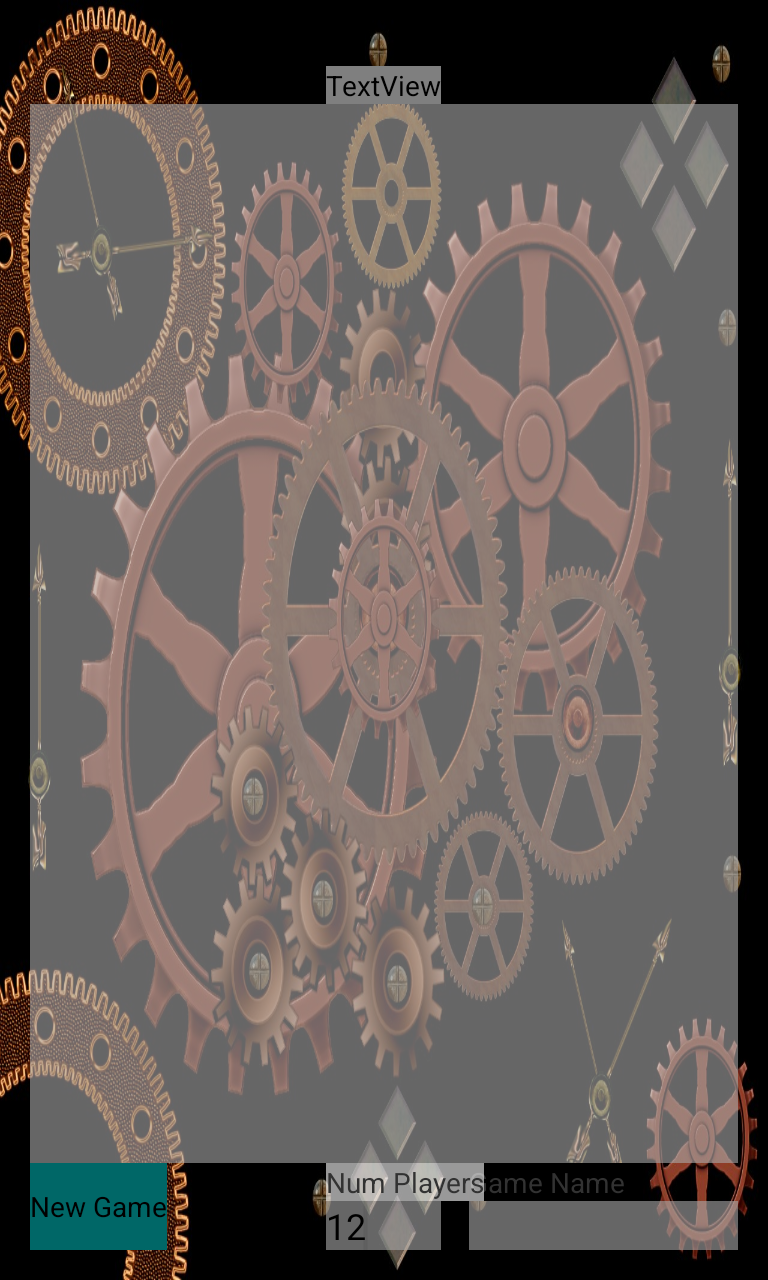
Repository: jkrepps/CSCE-482
Layout: Mobile Client (eclipse)/Industry of Deciet/res/layout/activity_game_selection.xml
An editor plug-in stored every save of this project. The layout is shown before and after the next save, followed by the edit.
Pictures or frames that could not be fetched are drawn as grey boxes. It is drawn on a 768 x 1280 px phone screen (xhdpi) without system bars, with theme AppTheme; the app's code is not run.

Above is the layout before, as saved 2014-12-04 07:13:49.

After the next save:
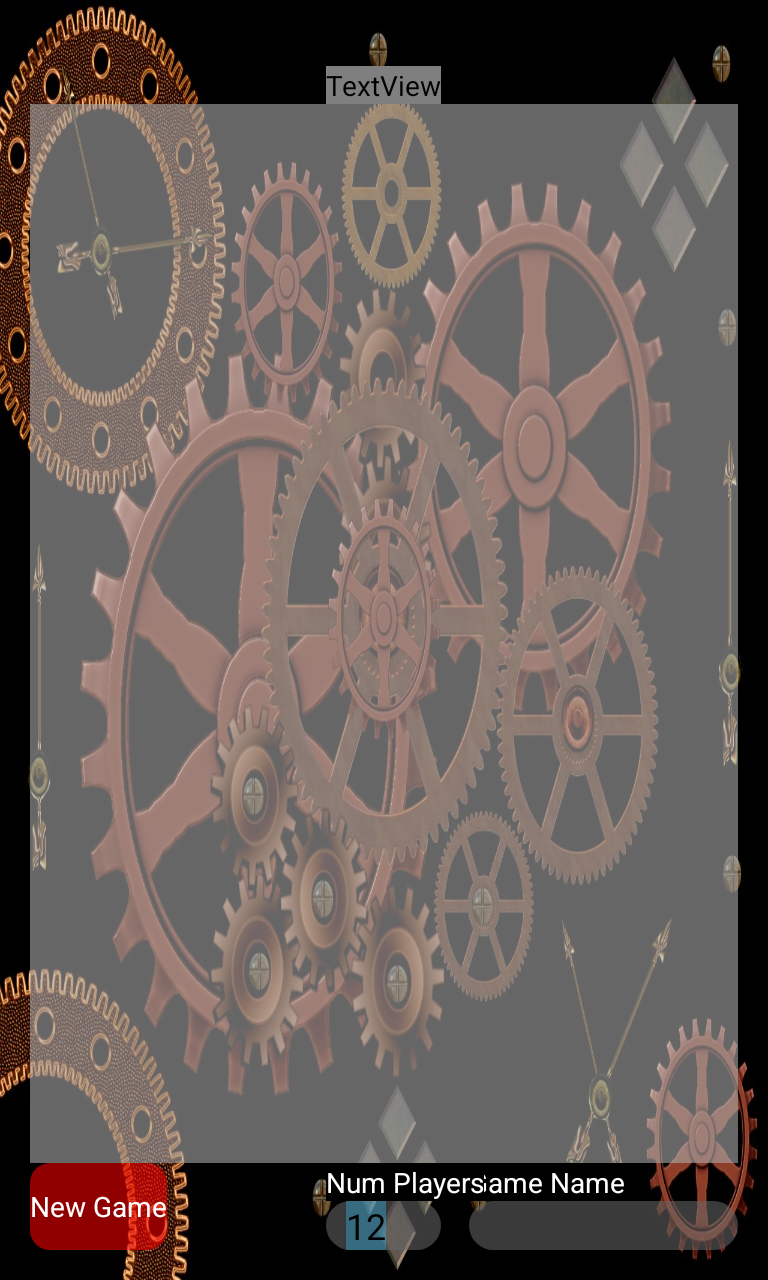
Saved 2 min 49 s later.
--- a/Mobile Client (eclipse)/Industry of Deciet/res/layout/activity_game_selection.xml
+++ b/Mobile Client (eclipse)/Industry of Deciet/res/layout/activity_game_selection.xml
@@ -39,44 +39,50 @@
             android:layout_height="wrap_content"
             android:layout_alignParentBottom="true"
             android:layout_alignTop="@+id/textView2"
-            android:background="#006767"
-            android:text="New Game" />
+            android:background="@drawable/roundedbutton"
+            android:text="New Game"
+            android:textColor="#FFFFFF" />
 
         <EditText
             android:id="@+id/editText1"
-			android:background="#99AAAAAA"
             android:layout_width="wrap_content"
             android:layout_height="wrap_content"
             android:layout_alignLeft="@+id/textView1"
             android:layout_alignParentBottom="true"
             android:layout_alignRight="@+id/textView1"
+            android:background="@drawable/roundededittext"
             android:ems="10"
-            android:text="12"
-            android:inputType="number" >
+            android:inputType="number"
+            android:paddingLeft="10dp"
+            android:selectAllOnFocus="true"
+            android:text="12" >
 
             <requestFocus />
         </EditText>
 
         <EditText
             android:id="@+id/editText2"
-			android:background="#99AAAAAA"
             android:layout_width="wrap_content"
             android:layout_height="wrap_content"
             android:layout_alignParentBottom="true"
             android:layout_alignParentRight="true"
             android:layout_marginLeft="14dp"
             android:layout_toRightOf="@+id/editText1"
-            android:ems="10" />
+            android:background="@drawable/roundededittext"
+            android:ems="10"
+            android:paddingLeft="10dp" />
 
         <TextView
             android:id="@+id/textView3"
-			android:background="#000000"
             android:layout_width="wrap_content"
             android:layout_height="wrap_content"
             android:layout_alignBottom="@+id/textView2"
             android:layout_alignLeft="@+id/editText2"
+            android:background="#000000"
             android:text="Game Name"
-            android:textAppearance="?android:attr/textAppearanceSmall" ></TextView>
+            android:textAppearance="?android:attr/textAppearanceSmall"
+            android:textColor="#FFFFFF" >
+</TextView>
 
         <TextView
             android:id="@+id/textView1"
@@ -97,9 +103,10 @@
             android:layout_height="wrap_content"
             android:layout_above="@+id/editText1"
             android:layout_alignLeft="@+id/editText1"
-            android:background="#99FFFFFF"
+            android:background="#000000"
             android:text="Num Players"
-            android:textAppearance="?android:attr/textAppearanceSmall" />
+            android:textAppearance="?android:attr/textAppearanceSmall"
+            android:textColor="#FFFFFF" />
 
     </RelativeLayout>
 
